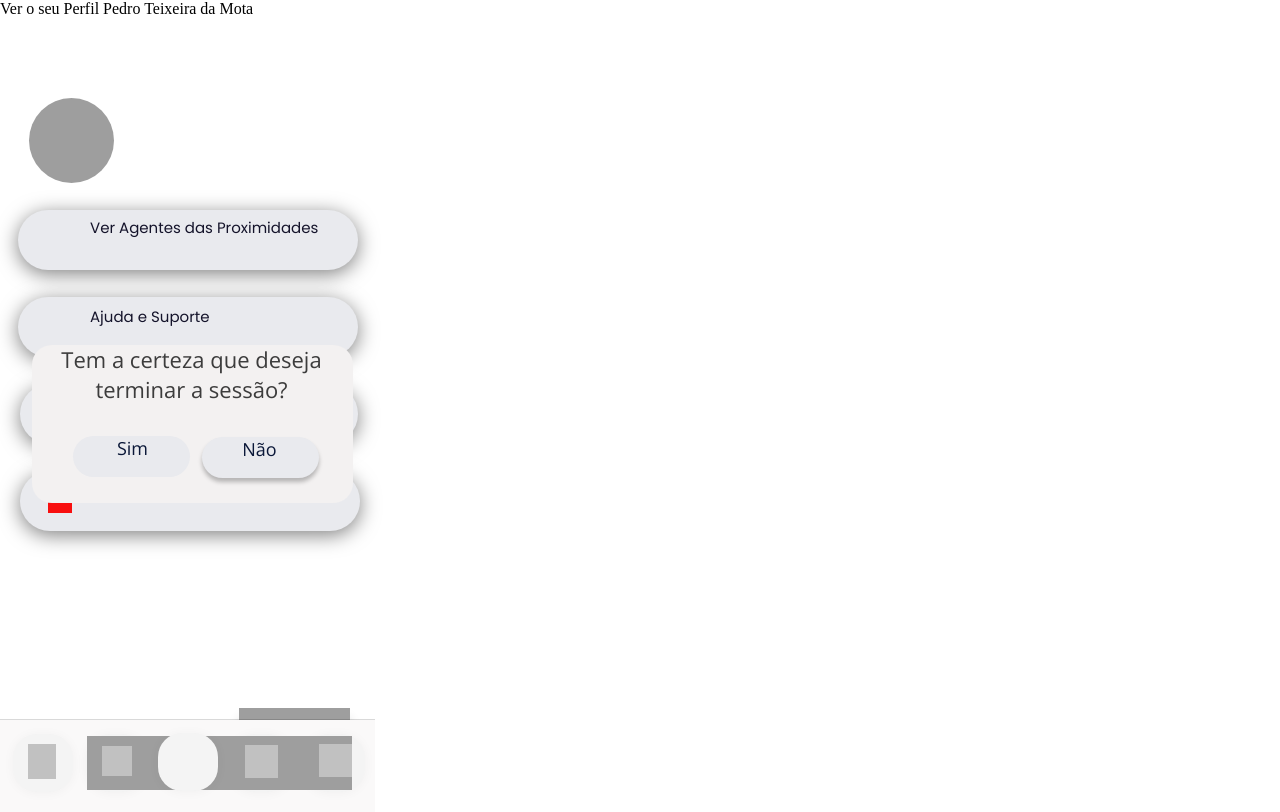
Repository: UnivMinho/D12_frontend
Page: Responsável no Terreno/Front-Office/TerminarSessao.html
The author's editor kept a record of every edit. The page is drawn from the files as they stood at one moment, then again after the next edit.
The browser window is 1280 px wide. The pictures show the whole page.
Pictures or frames that could not be fetched are drawn as grey boxes.

Above is the page before.

### Responsável no Terreno/Front-Office/TerminarSessao.html
<!DOCTYPE html>
<html>

<head>
    <meta charset="utf-8">
    <meta name="viewport" content="width=device-width, initial-scale=1, maximum-scale=1, user-scalable=no">
    <link href="https://fonts.googleapis.com/css?family=Poppins&display=swap" rel="stylesheet" />
    <link href="https://fonts.googleapis.com/css?family=Open+Sans&display=swap" rel="stylesheet" />
    <link href="./TerminarSessao.css" rel="stylesheet" />
    <title>TerminarSessao</title>

</head>

<body>
    <div class="screen">
        <div class="fotografia"></div>
        <span class="VerPerfil">Ver o seu Perfil</span>
        <span class="Nome">Pedro Teixeira da Mota</span>
        <div class="v274_25"></div>
        <div class="v274_26"></div>
        <div class="name"></div>
        <div class="v274_28"></div>
        <div class="v274_29"></div>
        <div class="v274_30"></div>
        <span class="v274_31">Ajuda e Suporte</span>
        <span class="v274_32">Definições e Privacidade</span>
        <span class="v274_33">Terminar Sessão</span>
        <div class="name"></div>
        <div class="name"></div><span class="v274_36">Ver Agentes das Proximidades</span>
        <div class="name"></div>
        <div class="name"></div>
        <div class="name"></div>
        <div class="v274_40"></div>
        <div class="v274_41"></div>
        <div class="name"></div>
        <div class="v274_81"></div><span class="v274_82">Tem a certeza que deseja terminar a sessão?</span>
        <div class="v274_43"></div>
        <div class="v274_44"></div>
        <div class="v274_45"></div>
        <div class="v274_46"></div>
        <div class="v274_47"></div>
        <div class="v274_48">
            <div class="v274_49"></div>
            <div class="v274_50"></div>
            <div class="v274_51"></div>
            <div class="v274_52"></div>
        </div>
        <div class="v274_53"></div>
        <div class="name"></div>
        <div class="v274_83"></div>
        <div class="v274_84"></div><span class="v274_85">Sim</span><span class="v274_87">Não</span></div>
</body>

</html>

### Responsável no Terreno/Front-Office/TerminarSessao.css
* {
  overflow-x: hidden;
  padding: 0px !important;
  margin: 0px !important;
}
.v274_0 {
  width: 414px;
  height: 736px;
  background: rgba(250,249,249,1);
  opacity: 1;
  position: absolute;
  top: 0px;
  left: 0px;
  overflow: hidden;
}

.fotografia {
  width: 85px;
  height: 85px;
  background: url("../images/v274_22.png");
  opacity: 1;
  position: absolute;
  top: 98px;
  left: 29px;
  border-radius: 50%;
}
.v274_23 {
  width: 114px;
  color: rgba(145,144,151,1);
  position: absolute;
  top: 127px;
  left: 135px;
  font-family: Poppins;
  font-weight: Regular;
  font-size: 14px;
  opacity: 1;
  text-align: left;
}
.v274_24 {
  width: 198px;
  color: rgba(20,19,42,1);
  position: absolute;
  top: 106px;
  left: 135px;
  font-family: Poppins;
  font-weight: Regular;
  font-size: 16px;
  opacity: 1;
  text-align: left;
}
.v274_25 {
  width: 340px;
  height: 60px;
  background: rgba(233,234,238,1);
  opacity: 1;
  position: absolute;
  top: 210px;
  left: 18px;
  border-top-left-radius: 50px;
  border-top-right-radius: 50px;
  border-bottom-left-radius: 50px;
  border-bottom-right-radius: 50px;
  box-shadow: 0px 4px 20px rgba(0.40784314274787903, 0.4274509847164154, 0.8784313797950745, 0.5);
  overflow: hidden;
}
.v274_26 {
  width: 340px;
  height: 60px;
  background: rgba(233,234,238,1);
  opacity: 1;
  position: absolute;
  top: 297px;
  left: 18px;
  border-top-left-radius: 50px;
  border-top-right-radius: 50px;
  border-bottom-left-radius: 50px;
  border-bottom-right-radius: 50px;
  box-shadow: 0px 4px 20px rgba(0.40784314274787903, 0.4274509847164154, 0.8784313797950745, 0.5);
  overflow: hidden;
}
.name {
  color: #fff;
}
.v274_28 {
  width: 338px;
  height: 60px;
  background: rgba(233,234,238,1);
  opacity: 1;
  position: absolute;
  top: 384px;
  left: 20px;
  border-top-left-radius: 50px;
  border-top-right-radius: 50px;
  border-bottom-left-radius: 50px;
  border-bottom-right-radius: 50px;
  box-shadow: 0px 4px 20px rgba(0.40784314274787903, 0.4274509847164154, 0.8784313797950745, 0.5);
  overflow: hidden;
}
.v274_29 {
  width: 340px;
  height: 60px;
  background: rgba(233,234,238,1);
  opacity: 1;
  position: absolute;
  top: 471px;
  left: 20px;
  border-top-left-radius: 50px;
  border-top-right-radius: 50px;
  border-bottom-left-radius: 50px;
  border-bottom-right-radius: 50px;
  box-shadow: 0px 4px 20px rgba(0.40784314274787903, 0.4274509847164154, 0.8784313797950745, 0.5);
  overflow: hidden;
}
.v274_30 {
  width: 24px;
  height: 24px;
  background: rgba(248,15,15,1);
  opacity: 1;
  position: absolute;
  top: 489px;
  left: 48px;
}
.v274_31 {
  width: 182px;
  color: rgba(20,19,42,1);
  position: absolute;
  top: 305px;
  left: 90px;
  font-family: Poppins;
  font-weight: Regular;
  font-size: 15px;
  opacity: 1;
  text-align: left;
}
.v274_32 {
  width: 223px;
  color: rgba(20,19,42,1);
  position: absolute;
  top: 391px;
  left: 90px;
  font-family: Poppins;
  font-weight: Regular;
  font-size: 15px;
  opacity: 1;
  text-align: left;
}
.v274_33 {
  width: 223px;
  color: rgba(20,19,42,1);
  position: absolute;
  top: 478px;
  left: 90px;
  font-family: Poppins;
  font-weight: Regular;
  font-size: 15px;
  opacity: 1;
  text-align: left;
}
.name {
  color: #fff;
}
.name {
  color: #fff;
}
.v274_36 {
  width: 270px;
  color: rgba(20,19,42,1);
  position: absolute;
  top: 216px;
  left: 90px;
  font-family: Poppins;
  font-weight: Regular;
  font-size: 15px;
  opacity: 1;
  text-align: left;
}
.name {
  color: #fff;
}
.name {
  color: #fff;
}
.name {
  color: #fff;
}
.v274_40 {
  width: 111px;
  height: 48px;
  background: url("../images/v274_40.png");
  opacity: 1;
  position: absolute;
  top: 708px;
  left: 239px;
  box-shadow: 0px 10px 10px rgba(1, 0.22083336114883423, 0.28858697414398193, 0.15000000596046448);
}
.v274_41 {
  width: 375px;
  height: 92px;
  background: rgba(250,249,249,1);
  opacity: 1;
  position: absolute;
  top: 720px;
  left: 0px;
  box-shadow: 0px -1px 0px rgba(0, 0, 0, 0.15000000596046448);
  overflow: hidden;
}
.name {
  color: #fff;
}
.v274_81 {
  width: 321px;
  height: 158px;
  background: rgba(243,241,241,1);
  opacity: 1;
  position: absolute;
  top: 345px;
  left: 32px;
  border-top-left-radius: 20px;
  border-top-right-radius: 20px;
  border-bottom-left-radius: 20px;
  border-bottom-right-radius: 20px;
  overflow: hidden;
}
.v274_82 {
  width: 321px;
  color: rgba(60,60,60,1);
  position: absolute;
  top: 344px;
  left: 31px;
  font-family: Open Sans;
  font-weight: Regular;
  font-size: 22px;
  opacity: 1;
  text-align: center;
}
.v274_43 {
  width: 60px;
  height: 58px;
  background: rgba(244,244,244,1);
  opacity: 1;
  position: absolute;
  top: 734px;
  left: 13px;
  border-top-left-radius: 24px;
  border-top-right-radius: 24px;
  border-bottom-left-radius: 24px;
  border-bottom-right-radius: 24px;
  box-shadow: 0px 1px 12px rgba(0, 0, 0, 0.03999999910593033);
  overflow: hidden;
}
.v274_44 {
  width: 60px;
  height: 58px;
  background: rgba(244,244,244,1);
  opacity: 1;
  position: absolute;
  top: 734px;
  left: 86px;
  border-top-left-radius: 24px;
  border-top-right-radius: 24px;
  border-bottom-left-radius: 24px;
  border-bottom-right-radius: 24px;
  box-shadow: 0px 1px 12px rgba(0, 0, 0, 0.03999999910593033);
  overflow: hidden;
}
.v274_45 {
  width: 60px;
  height: 58px;
  background: rgba(244,244,244,1);
  opacity: 1;
  position: absolute;
  top: 734px;
  left: 231px;
  border-top-left-radius: 24px;
  border-top-right-radius: 24px;
  border-bottom-left-radius: 24px;
  border-bottom-right-radius: 24px;
  box-shadow: 0px 1px 12px rgba(0, 0, 0, 0.03999999910593033);
  overflow: hidden;
}
.v274_46 {
  width: 60px;
  height: 58px;
  background: rgba(244,244,244,1);
  opacity: 1;
  position: absolute;
  top: 734px;
  left: 305px;
  border-top-left-radius: 24px;
  border-top-right-radius: 24px;
  border-bottom-left-radius: 24px;
  border-bottom-right-radius: 24px;
  box-shadow: 0px 1px 12px rgba(0, 0, 0, 0.03999999910593033);
  overflow: hidden;
}
.v274_47 {
  width: 28px;
  height: 35px;
  background: rgba(193,193,193,1);
  opacity: 1;
  position: absolute;
  top: 744px;
  left: 28px;
}
.v274_48 {
  width: 265px;
  height: 54px;
  background: url("../images/v274_48.png");
  background-repeat: no-repeat;
  background-position: center center;
  background-size: cover;
  opacity: 1;
  position: absolute;
  top: 736px;
  left: 87px;
  overflow: hidden;
}
.v274_49 {
  width: 40px;
  height: 54px;
  background: url("../images/v274_49.png");
  opacity: 1;
  position: absolute;
  top: 0px;
  left: 0px;
}
.v274_50 {
  width: 30px;
  height: 30px;
  background: rgba(193,193,193,1);
  opacity: 1;
  position: absolute;
  top: 10px;
  left: 15px;
}
.v274_51 {
  width: 33px;
  height: 33px;
  background: rgba(193,193,193,1);
  opacity: 1;
  position: absolute;
  top: 9px;
  left: 158px;
}
.v274_52 {
  width: 33px;
  height: 33px;
  background: rgba(193,193,193,1);
  opacity: 1;
  position: absolute;
  top: 8px;
  left: 232px;
}
.v274_53 {
  width: 60px;
  height: 58px;
  background: rgba(244,244,244,1);
  opacity: 1;
  position: absolute;
  top: 733px;
  left: 158px;
  border-top-left-radius: 24px;
  border-top-right-radius: 24px;
  border-bottom-left-radius: 24px;
  border-bottom-right-radius: 24px;
  box-shadow: 0px 1px 12px rgba(0, 0, 0, 0.03999999910593033);
  overflow: hidden;
}
.name {
  color: #fff;
}
.v274_83 {
  width: 117px;
  height: 41px;
  background: rgba(233,234,238,1);
  opacity: 1;
  position: absolute;
  top: 436px;
  left: 73px;
  border-top-left-radius: 50px;
  border-top-right-radius: 50px;
  border-bottom-left-radius: 50px;
  border-bottom-right-radius: 50px;
  overflow: hidden;
}
.v274_84 {
  width: 117px;
  height: 41px;
  background: rgba(233,234,238,1);
  opacity: 1;
  position: absolute;
  top: 437px;
  left: 202px;
  border-top-left-radius: 50px;
  border-top-right-radius: 50px;
  border-bottom-left-radius: 50px;
  border-bottom-right-radius: 50px;
  box-shadow: 0px 4px 4px rgba(0, 0, 0, 0.25);
  overflow: hidden;
}
.v274_85 {
  width: 117px;
  color: rgba(10,23,56,1);
  position: absolute;
  top: 436px;
  left: 74px;
  font-family: Open Sans;
  font-weight: Regular;
  font-size: 18px;
  opacity: 1;
  text-align: center;
}
.v274_87 {
  width: 117px;
  color: rgba(10,23,56,1);
  position: absolute;
  top: 437px;
  left: 201px;
  font-family: Open Sans;
  font-weight: Regular;
  font-size: 18px;
  opacity: 1;
  text-align: center;
}

After the next edit:
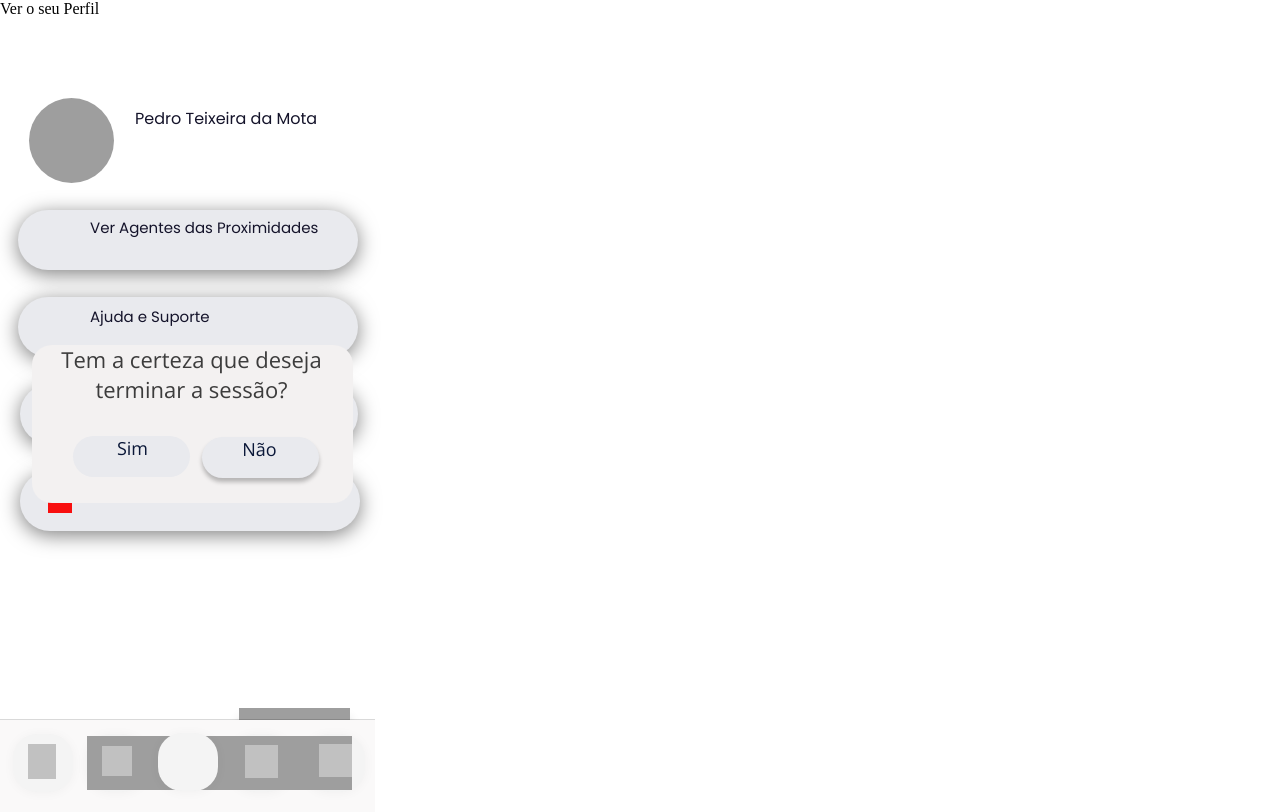
The edit:
--- a/Responsável no Terreno/Front-Office/TerminarSessao.css
+++ b/Responsável no Terreno/Front-Office/TerminarSessao.css
@@ -36,7 +36,7 @@
   opacity: 1;
   text-align: left;
 }
-.v274_24 {
+.Nome {
   width: 198px;
   color: rgba(20,19,42,1);
   position: absolute;
